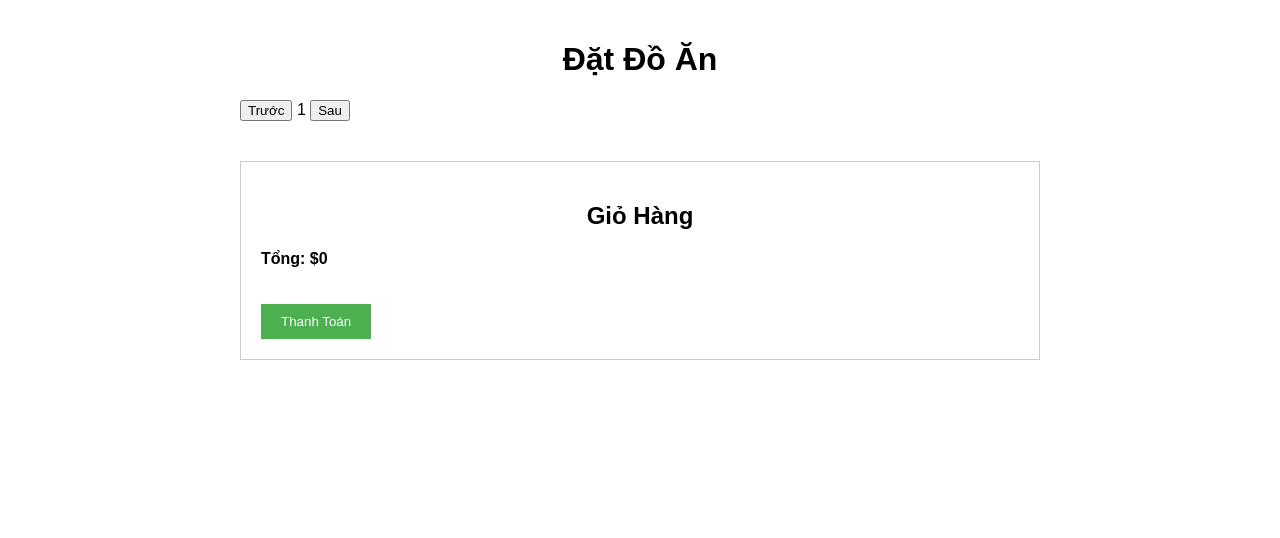
Repository: Tuananhdeptrai723/dientoandammay
Page: http://localhost/main/main.php
An editor plug-in stored every save of this project. The page is shown before and after the next save, followed by the edit.
The browser window is 1280 px wide. The pictures show the whole page.
The page is run by PHP 8.4 with error messages shown; the project is at /var/www/html/. Queries for data that is not in the repository find no rows.

Above is the page before, as saved 2024-06-04 20:01:19.

### main/main.php
<?php
include 'ConnectDb.php';
?>

<!DOCTYPE html>
<html lang="en">
<head>
  <meta charset="UTF-8">
  <meta name="viewport" content="width=device-width, initial-scale=1.0">
  <title>Đặt Đồ Ăn</title>
  <link rel="stylesheet" href="./main.css">
  <link
      rel="stylesheet"
      href="https://cdnjs.cloudflare.com/ajax/libs/font-awesome/6.4.2/css/all.min.css"
    />
    <script src="https://code.jquery.com/jquery-3.6.0.min.js"></script>
</head>
<body>
  <div class="container">
    <h1>Đặt Đồ Ăn</h1>
    <div class="menu">
      <div class="product-container">
          <?php foreach ($products as $product): ?>
            <div class="menu-item">
              <img src="../asset/image/food<?php echo $product['ID']; ?>.jpg">
              <h3><?php echo $product['nameProducts']; ?></h3>
              <p>Số lượng: <?php echo $product['Quantity']; ?></p>
              <span class="price">$<?php echo $product['Price']; ?></span>
              <button <?php echo "onclick='addToCartClicked(" . $product["ID"] . ")'"?>  class="add-to-cart">Thêm vào giỏ hàng</button>
            </div>
          <?php endforeach; ?>
      </div>
    </div>
    <div class="pagination">
      <button class="prev-page">Trước</button>
      <span class="current-page">1</span>
      <button class="next-page">Sau</button>
    </div>
    <div class="cart">
        <h2>Giỏ Hàng</h2>
        <ul class="cart-items"></ul>
        <p class="total">Tổng: $0</p>
        <button class="checkout">Thanh Toán</button>
    </div>
  </div>
  <script src="./main.js"></script>
</body>

<script>
function addToCartClicked(productId) {
  $.ajax({
    url: "../main/addtocart.php",
    type: "POST",
    data: { productId: productId },
    success: function () {
      console.log("success");
      alert('Thêm vào giỏ hàng thành công');
    },
    error: function (xhr, status, error) {
      console.log("error");
      console.log("Product ID:", productId);
    },
  });
}
</script>
</html>

### main/ConnectDb.php
<?php
session_start();
ob_start();

// Kết nối đến CSDL
include '../config.php';

// Kiểm tra kết nối
if ($conn->connect_error) {
    die("Connection failed: " . $conn->connect_error);
}
// Truy vấn dữ liệu từ cơ sở dữ liệu
$sql = "SELECT * FROM cart LIMIT 15";
$result = $conn->query($sql);

// Tạo mảng chứa dữ liệu sản phẩm
$products = array();

if ($result->num_rows > 0) {
    while($row = $result->fetch_assoc()) {
        $products[] = $row;
    }
}



$conn->close();
?>

### config.php
<?php
define('DB_SERVER', 'localhost');
define('DB_USERNAME', 'root');
define('DB_PASSWORD', '');
define('DB_NAME', 'clouddb');

$conn = mysqli_connect(DB_SERVER, DB_USERNAME, DB_PASSWORD, DB_NAME);

if($conn === false){
    die("ERROR: Could not connect. " . mysqli_connect_error());
}
?>

### main/main.css
body {
  font-family: Arial, sans-serif;
  margin: 0;
  padding: 0;
}

.container {
  max-width: 800px;
  margin: 0 auto;
  padding: 20px;
}

h1,
h2 {
  text-align: center;
}

.menu {
  display: flex;
  flex-wrap: wrap;
  justify-content: center;
}

.menu-item {
  width: 250px;
  margin: 20px;
  padding: 10px;
  border: 1px solid #ccc;
  text-align: center;
}

.menu-item img {
  width: 150px;
  height: 150px;
  object-fit: cover;
}

.menu-item h3 {
  margin-top: 10px;
}

.menu-item .price {
  font-weight: bold;
  color: green;
}

.menu-item button {
  margin-top: 10px;
  padding: 5px 10px;
  background-color: #4caf50;
  color: white;
  border: none;
  cursor: pointer;
}

.cart {
  margin-top: 40px;
  padding: 20px;
  border: 1px solid #ccc;
}

.cart-items {
  list-style-type: none;
  padding: 0;
}

.cart-items li {
  display: flex;
  justify-content: space-between;
  margin-bottom: 10px;
}

.total {
  font-weight: bold;
  margin-top: 20px;
}

.checkout {
  margin-top: 20px;
  padding: 10px 20px;
  background-color: #4caf50;
  color: white;
  border: none;
  cursor: pointer;
}

.product-container {
  display: flex;
  flex-wrap: wrap;
}

.menu-item {
  width: 25%;
  padding: 10px;
  box-sizing: border-box;
}

.cart-notification {
  position: fixed;
  bottom: 20px;
  left: 50%;
  transform: translateX(-50%);
  background-color: #333;
  color: #fff;
  padding: 10px 20px;
  border-radius: 5px;
  opacity: 0;
  transition: opacity 0.3s ease-in-out;
}

.cart-notification.show {
  opacity: 1;
}

### main/main.js
const productsPerPage = 3;
let currentPage = 1;
const menuItems = document.querySelectorAll(".menu-item");
const totalPages = Math.ceil(menuItems.length / productsPerPage);

function showPage(page) {
  const startIndex = (page - 1) * productsPerPage;
  const endIndex = startIndex + productsPerPage;

  menuItems.forEach((item, index) => {
    if (index >= startIndex && index < endIndex) {
      item.style.display = "block";
    } else {
      item.style.display = "none";
    }
  });

  document.querySelector(".current-page").textContent = page;
}

document.querySelector(".prev-page").addEventListener("click", () => {
  if (currentPage > 1) {
    currentPage--;
    showPage(currentPage);
  }
});

document.querySelector(".next-page").addEventListener("click", () => {
  if (currentPage < totalPages) {
    currentPage++;
    showPage(currentPage);
  }
});

showPage(1);

After the next save:
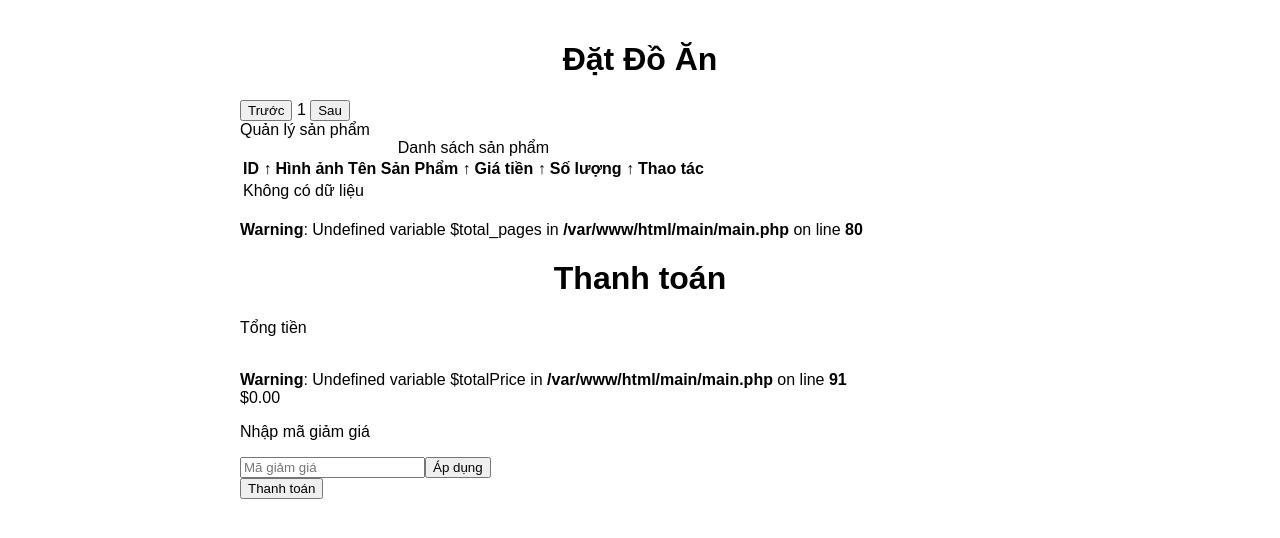
Saved 2 min 7 s later.
--- a/main/main.php
+++ b/main/main.php
@@ -36,12 +36,74 @@ include 'ConnectDb.php';
       <span class="current-page">1</span>
       <button class="next-page">Sau</button>
     </div>
-    <div class="cart">
-        <h2>Giỏ Hàng</h2>
-        <ul class="cart-items"></ul>
-        <p class="total">Tổng: $0</p>
-        <button class="checkout">Thanh Toán</button>
-    </div>
+    <main class="main-dashboard">
+      <div class="dashboard-title">Quản lý sản phẩm</div>
+      <main class="page">
+        <div class="box-dashboard ">
+          <table class="table caption-top">
+            <caption>Danh sách sản phẩm</caption>
+            <thead>
+              <tr>
+                <th scope="col" onclick="sortTable(0, true, true)">ID &#x2191;</th>
+                <th scope="col">Hình ảnh</th>
+                <th scope="col" onclick="sortTable(2, false, true)">Tên Sản Phẩm &#x2191;</th>
+                <th scope="col" onclick="sortTable(3, true, true)">Giá tiền &#x2191;</th>
+                <th scope="col" onclick="sortTable(4, true, true)">Số lượng &#x2191;</th>
+                <th scope="col">Thao tác</th>
+              </tr>
+            </thead>
+            <tbody>
+              <?php
+              if ($result->num_rows > 0) {
+                  // Hiển thị dữ liệu từ mỗi hàng
+                  while ($row = $result->fetch_assoc()) {
+                      $imagePath = "../assets/products/Food" . $row["ID"] . ".jpg";
+                      echo "<tr class = 'tr-hover'>";
+                      echo "<th scope='row'>" . $row["ID"] . "</th>";
+                      echo "<td><img style='object-fit: cover;' src='" . $imagePath . "' alt='product image' width='70' height='70'></td>";
+                      echo "<td>" . $row["nameProducts"] . "</td>";
+                      echo "<td>" . $row["Price"] . "$</td>";
+                      echo "<td>" . $row["Quantity"] ."</td>";
+                      echo "<td>
+                              <button class = 'btnDelete' onclick='deleteProduct(" . $row["ID"] . ")'>Xóa</button>
+                            </td>";
+                      echo "</tr>";
+                  }
+              } else {
+                  echo "<tr><td colspan='5'>Không có dữ liệu</td></tr>";
+              }
+              ?>
+            </tbody>
+          </table>
+          <div class="pagination">
+            <?php
+            for ($i = 1; $i <= $total_pages; $i++) {
+                echo "<a href='?page=$i' class='" . ($i == $page ? "active" : "") . "'>$i</a>";
+            }
+            ?>
+          </div>
+        </div>
+
+        <div class="box-dashboard">
+          <h1 class="caption-pay">Thanh toán</h1>
+          <div class="box-dashboard-row">
+            <p class="title-row">Tổng tiền</p>
+            <?php echo "$" . number_format($totalPrice, 2); ?>
+          </div>
+          <div class="box-dashboard-row">
+            <p class="title-row">Nhập mã giảm giá</p>
+            <div style="display: flex">
+              <input class="discount" type="text" placeholder="Mã giảm giá"></input>
+              <button class="btn-apdung">Áp dụng</button>
+            </div>
+          </div>
+          <div class="box-dashboard-row"></div>
+          <div class="box-dashboard-row"></div>
+          <!-- Nút "Thanh toán" -->
+          <button id="openModalBtn" class="payBtn">Thanh toán</button>
+        </div>
+      </main>
+    </main>
   </div>
   <script src="./main.js"></script>
 </body>
